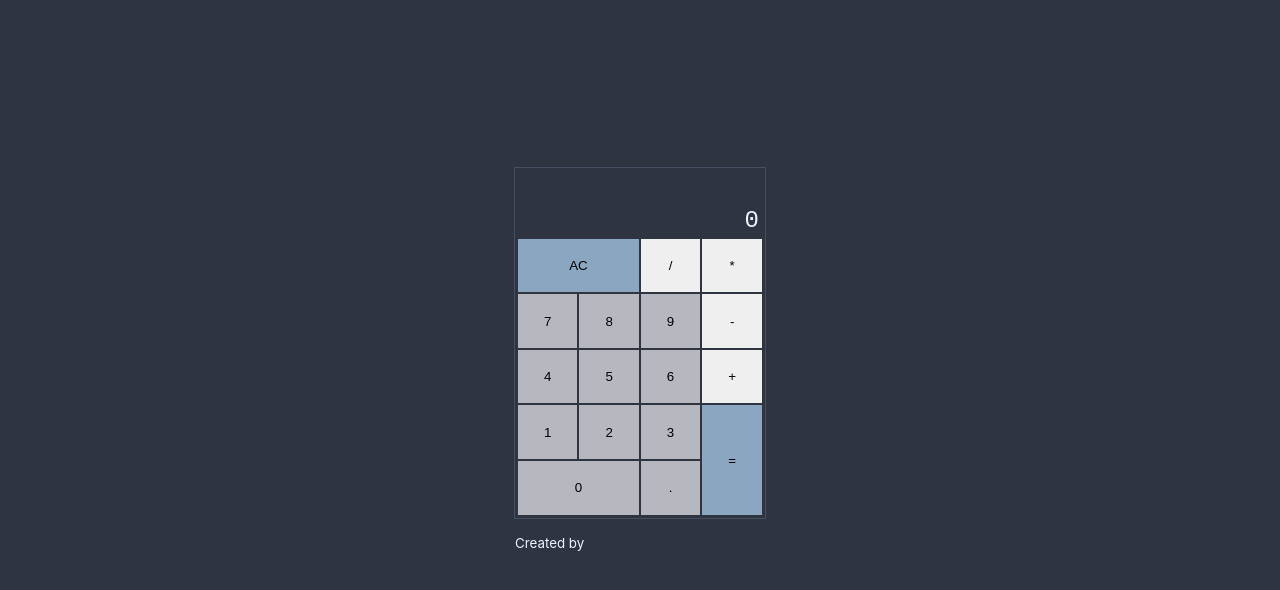
Repository: asing44/FCC
Page: / (app in Front-End-Projects/Calculator/)
These files come from the project's save history. The page is drawn as it stood at one moment and after the next save; the edit follows.
The browser window is 1280 px wide. The pictures show the whole page.
The project was rebuilt for these pictures with package versions that can differ from the ones it lists, and the page was loaded fresh each time. Also part of the build but not shown: Front-End-Projects/Calculator/vite.config.js.

Above is the page before, as saved 2024-12-14 00:29:27.

### Front-End-Projects/Calculator/src/assets/main.css
@import './base.css';

#app {
  height: 100vh;
  display: grid;
  place-content: center;
  font-weight: normal;
}

.u_content-center {
  display: grid;
  place-content: center;
}

main {
  display: grid;
  place-content: center;
}

small {
  margin-top: 1rem;
}

### Front-End-Projects/Calculator/src/App.vue
<script setup>
import Calculator from './CalculatorMain.vue';
</script>

<template>
  <main>
    <Calculator class="calculator"/>
  </main>
  <small>Created by <strong></strong></small>
</template>

### Front-End-Projects/Calculator/src/assets/base.css
:root {
  --Color-background: #2E3440;
  --Color-text: #ECF3FF;
}

*,
*::before,
*::after {
  box-sizing: border-box;
  margin: 0;
  font-weight: normal;
  transition: all 400ms ease;
}

body {
  min-height: 100vh;
  color: var(--Color-text);
  background: var(--Color-background);
  line-height: 1.4;
  font-family:
    Inter,
    -apple-system,
    BlinkMacSystemFont,
    'Segoe UI',
    Roboto,
    Oxygen,
    Ubuntu,
    Cantarell,
    'Fira Sans',
    'Droid Sans',
    'Helvetica Neue',
    sans-serif;
  font-size: 16px;
  text-rendering: optimizeLegibility;
  -webkit-font-smoothing: antialiased;
  -moz-osx-font-smoothing: grayscale;
}

### Front-End-Projects/Calculator/src/CalculatorMain.vue
<script setup>
import { ref } from 'vue';
import { create, all } from 'mathjs'

const config = {}
const math = create(all, config)

const displayUpper = ref("");
const displayLower = ref("0");
// ?* Need to get rid of "0" after start®

function reset() {
    displayLower.value = "0";
    displayUpper.value = ""
}

let initDisplay = function() {
    let toggler = false;
    if (!toggler) {
        toggler = true;
        displayLower.value = ""
    }
};

function clickHandler(event) {
    displayLower.value = "0";
    initDisplay();
    if (displayUpper.value + event.target.innerText != 0) {
        displayUpper.value = displayUpper.value + event.target.innerText
        event.target.classList.contains('btnDigit') ? appendInput(event) : null
        event.target.classList.contains('btnAction--AC') ? reset() : null
    } if (event.target.innerText.match(/[./+=-]/g)) {
        displayLower.value = event.target.innerText;
    }
    else {
        null
    }
}

function appendInput(event) {
    displayLower.value += event.target.innerText;
}
// Calculates top row
function calculate() {
    let originalString = displayUpper.value;

    let operandCount = 0;
    let numberCount = 0;


    // 1. Split original string
    let splitString = displayUpper.value.split('');
    /*  2 Find if string contains: )
        a. only one or more operand -> return "NAN"
        b. only one or more number -> return number
        c. one or more operand but only one number -> return number
        d. Starts with an operand and is longer than 1? -> remove front operand
    */

    splitString.forEach(item => {
        item.match(/\D/) ? operandCount++ : "";
        item.match(/\d/) ? numberCount++ : "";
    })

    // Testing for base cases
    if ((originalString.length == operandCount) && numberCount == 0) {
        console.log("NAN")
    } if (originalString.length == numberCount) {
        console.log("One number")
    } if ((operandCount == originalString.length - 1) && numberCount == 1) {
        console.log("Case: one or more operand but only one number")
    } if (originalString.match(/^\D/) && originalString.length > 1) {
        console.log(splitString.slice(1).join(""))
    }

    displayLower.value = math.evaluate(displayUpper.value)
}

</script>

<template>
    <div class="calculator">
        <div class="display">
            <div class="display__upper">
                {{ displayUpper }}
            </div>
            <div class="display__inner">
                {{ displayLower }}
            </div>
        </div>
        <button class="btnAction btnAction--AC" @click="clickHandler">AC</button>
        <button class="btnAction btnAction--divide" @click="clickHandler">/</button>
        <button class="btnAction btnAction--multiply" @click="clickHandler">*</button>
        <button class="btnAction btnAction--minus" @click="clickHandler">-</button>
        <button class="btnAction btnAction--plus" @click="clickHandler">+</button>
        <button class="btnAction btnAction--enter" @click="calculate">=</button>
        <button class="btnDigit btnDigit--dot" @click="clickHandler">.</button>
        <button class="btnDigit btnDigit--0" @click="clickHandler">0</button>
        <button class="btnDigit btnDigit--1" @click="clickHandler">1</button>
        <button class="btnDigit btnDigit--2" @click="clickHandler">2</button>
        <button class="btnDigit btnDigit--3" @click="clickHandler">3</button>
        <button class="btnDigit btnDigit--4" @click="clickHandler">4</button>
        <button class="btnDigit btnDigit--5" @click="clickHandler">5</button>
        <button class="btnDigit btnDigit--6" @click="clickHandler">6</button>
        <button class="btnDigit btnDigit--7" @click="clickHandler">7</button>
        <button class="btnDigit btnDigit--8" @click="clickHandler">8</button>
        <button class="btnDigit btnDigit--9" @click="clickHandler">9</button>
    </div>
</template>

<style scoped>

    .calculator {
        display: grid;
        height: clamp(350px, 45vh, 800px);
        width: clamp(200px, 35vw, 250px);
        outline: 1px solid #464F61;
        border: 2px solid #2E3440;
        background-color: #C2C2D7;
        grid-template-rows: repeat(6, 1fr);
        grid-template-areas:
            "display display display display""AC AC divide multiply""seven eight nine minus""four five six plus""one two three enter""zero zero decimal enter";
    }

    .btnAction, .btnDigit {
        height: auto;
        border: 1px solid #2E3440;
    }

    /* --------------------------------- Display -------------------------------- */

    .display {
        grid-area: display;
        min-height: 4.25rem;
        background-color: #2E3440;
    }

    .display__inner, .display__upper {
        display: flex;
        height: 50%;
        justify-content: end;
        align-items: center;
        padding: 4px;
        font-family: monospace;
        font-size: 1.5rem;
    }

    .display__upper {
        color: #E9DAAA;
        font-size: 1.25rem;
    }

/* -------------------------------------------------------------------------- */
/*                                   Buttons                                  */
/* -------------------------------------------------------------------------- */

.btnDigit {
    background-color: #b7b7c0;
}

.btnAction--AC {
    background-color: #8BA6C0;
}

.btnAction--enter {
    background-color: #8BA6C0;
}

/* ---------------------------------- Areas --------------------------------- */

    .btnAction--AC {
        grid-area: AC;
    }

    .btnAction--divide {
        grid-area: divide;
    }

    .btnAction--multiply {
        grid-area: multiply;
    }

    .btnAction--minus {
        grid-area: minus;
    }

    .btnAction--plus {
        grid-area: plus;
    }

    .btnAction--enter {
        grid-area: enter;
    }

    .btnDigit--7 {
        grid-area: seven;
    }

    .btnDigit--8 {
        grid-area: eight;
    }

    .btnDigit--9 {
        grid-area: nine;
    }

    .btnDigit--6 {
        grid-area: six;
    }

    .btnDigit--5 {
        grid-area: five;
    }

    .btnDigit--4 {
        grid-area: four;
    }

    .btnDigit--3 {
        grid-area: three;
    }

    .btnDigit--2 {
        grid-area: two;
    }

    .btnDigit--1 {
        grid-area: one;
    }

    .btnDigit--0 {
        grid-area: zero;
    }

    .btnDigit--dot {
        grid-area: decimal;
    }

</style>

Loaded but not shown: Front-End-Projects/Calculator/index.html (common file); Front-End-Projects/Calculator/src/main.js (common file)

After the next save:
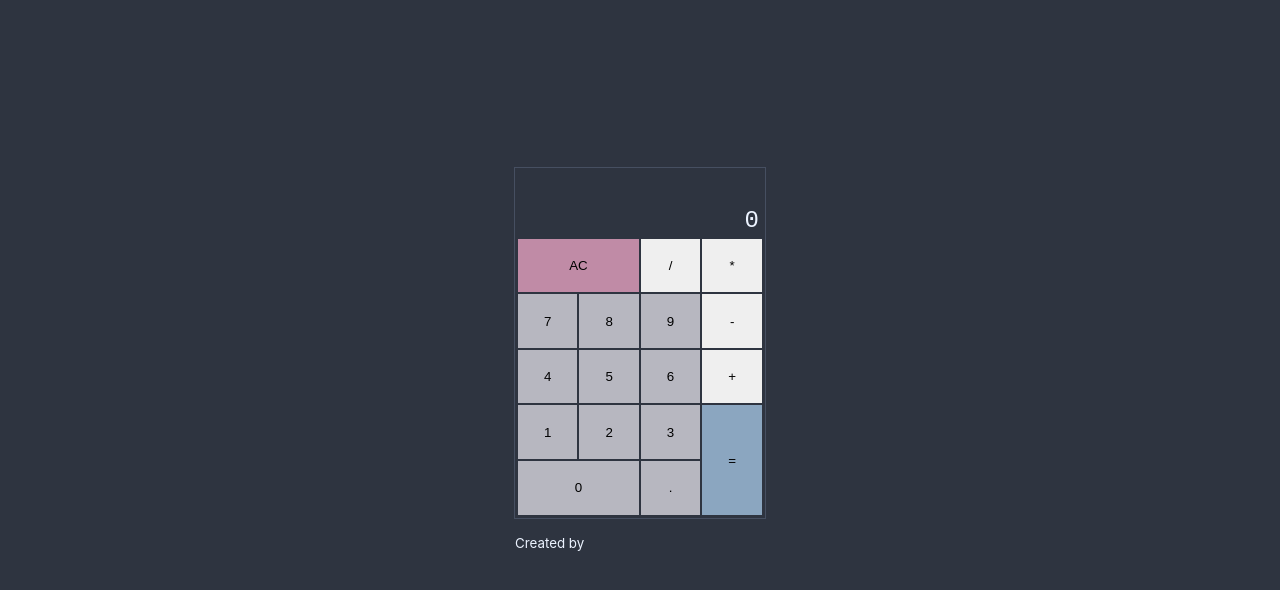
Saved 24 s later.
--- a/Front-End-Projects/Calculator/src/CalculatorMain.vue
+++ b/Front-End-Projects/Calculator/src/CalculatorMain.vue
@@ -159,7 +159,7 @@ function calculate() {
 }
 
 .btnAction--AC {
-    background-color: #8BA6C0;
+    background-color: #C08BA6;
 }
 
 .btnAction--enter {
